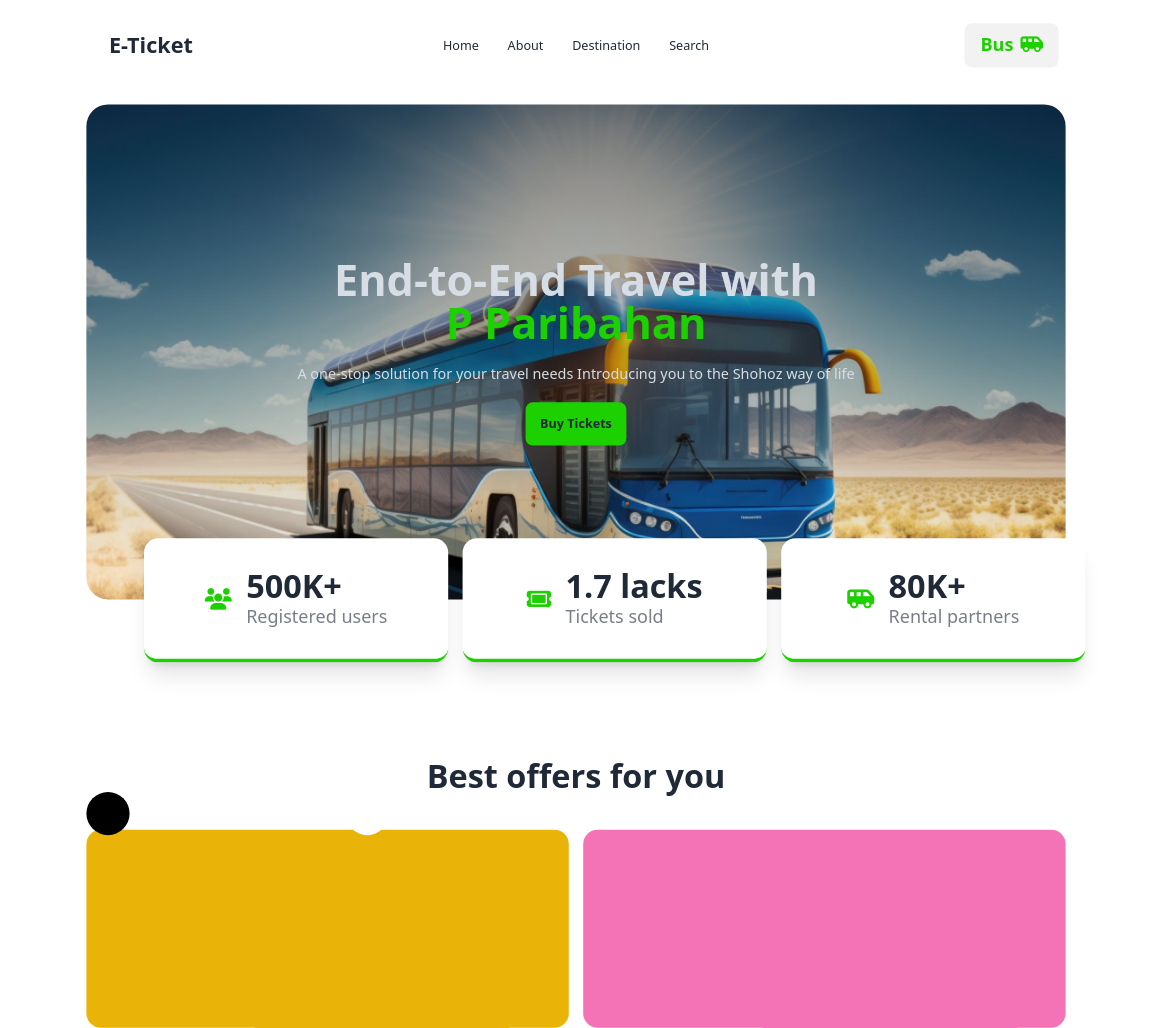
Repository: RudrasahaDibos/Smart-ticketing
Page: index.html
An editor plug-in stored every save of this project. The page is shown before and after a run of saves, followed by the edit.
The browser window is 1280 px wide. The pictures show the whole page, at 90% of full size.
Some web fonts or font styles are not loaded; a fallback is used. Some web libraries are served in a nearby version.

Above is the page before, as saved 2024-11-10 01:16:08.

After the next 2 saves:
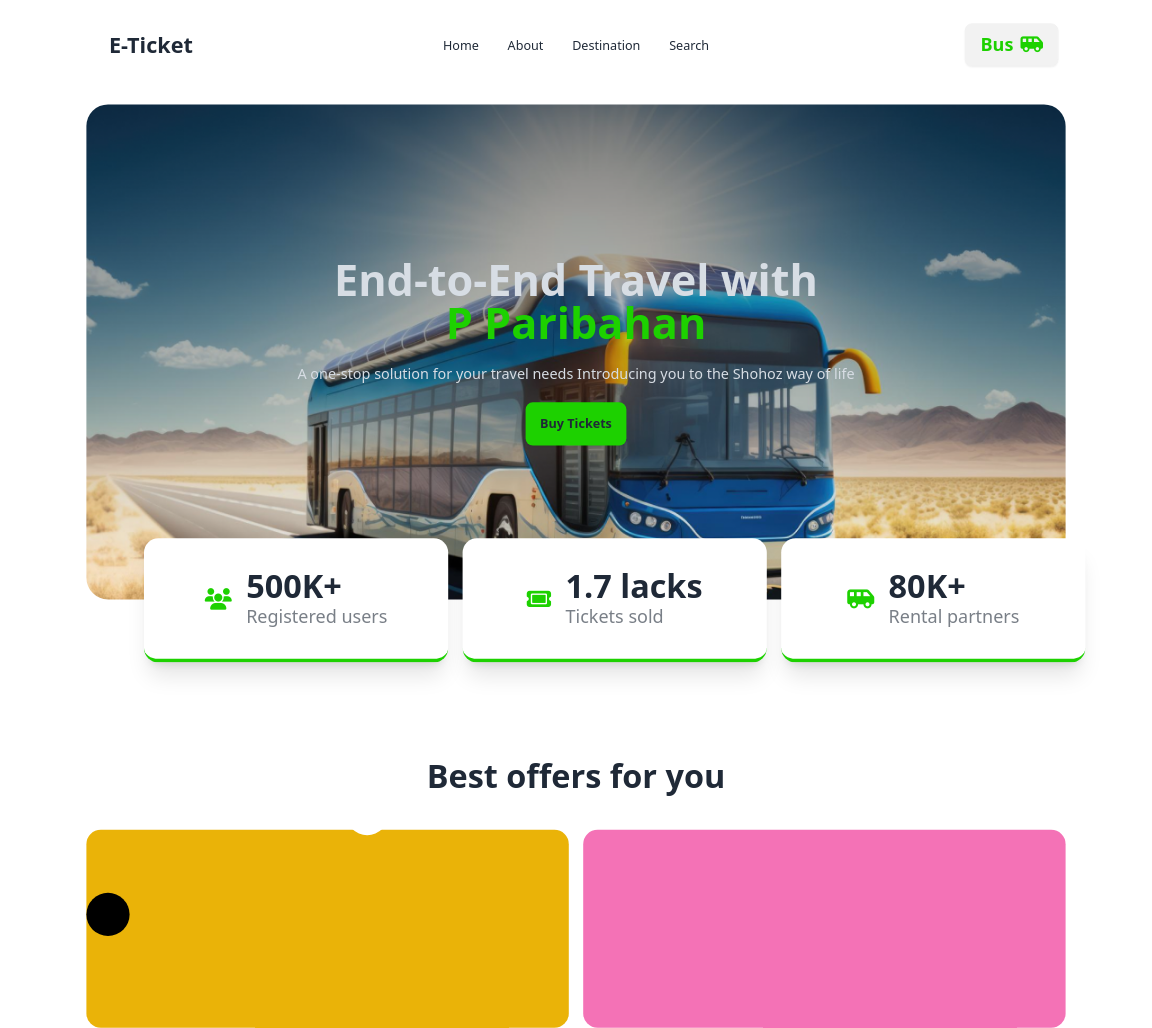
The 2 saves are shown as one change because they came seconds apart.
The last was saved 7 s later.
--- a/index.html
+++ b/index.html
@@ -157,7 +157,7 @@
                                 <div class="flex gap-4 mt-10">
                                     <div class="bg-yellow-500  w-[573px] h-[220px] rounded-2xl">
                                                <p class="bg-white w-[48px] h-[48px] absolute mx-auto rounded-full  -bottom-52 ml-72 "></p>
-                                               <p class="bg-black w-[48px] h-[48px] absolute mx-auto rounded-full -bottom-52  "></p>
+                                               <p class="bg-black w-[48px] h-[48px] absolute mx-auto rounded-full -bottom-80  "></p>
                                     </div>
                                     <div class="bg-pink-400   w-[573px] h-[220px] rounded-2xl">
 
